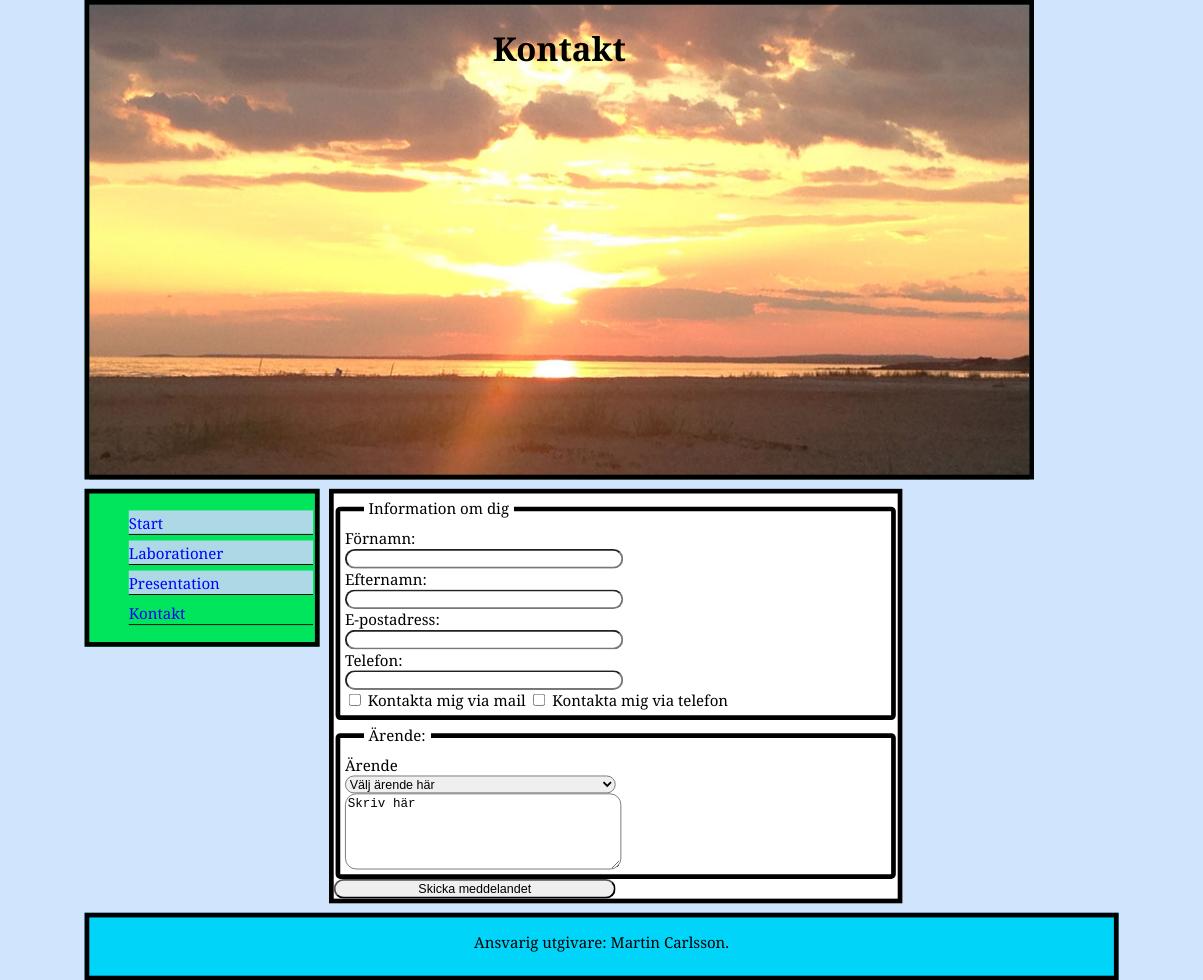
Repository: Martin-Carlsson85/HTML-och-CSS
Page: pages/kontakt.html
The author's editor kept a record of every edit. The page is drawn from the files as they stood at one moment, then again after the next edit.
The browser window is 1280 px wide. The pictures show the whole page, at 94% of full size.

Above is the page before.

### pages/kontakt.html
<!doctype html>
<html lang="sv">
    <head>
        <meta charset="utf-8" />

        <title>Kontakt</title>

         <link rel="stylesheet" href="../css/pics/style.css" />

    </head>

    <body>

         <div class="header">

        <h1>Kontakt</h1>

        </div>

         <div class="navigation">

        <ul>
            <li><a href="../index.html" class="active">Start</a></li>

            <li><a href="laborationer.html" class="active">Laborationer</a></li>

            <li><a href="presentation.html" class="active">Presentation</a></li>

            <li><a href="kontakt.html">Kontakt</a></li>
        </ul>

        <div class="clear"></div>

        </div>

         <div class="content">

        <form id="form" name="form" method="post" action="http://voyager.lnu.se/tekinet/kurser/dtt/wp_webbintro/form.php">

            <fieldset>
                <legend>Information om dig</legend>

                Förnamn:
                <input type="text" name="fnamn" id="fnamn" />

                Efternamn:
                <input type="text" name="enamn" id="enamn" />

                E-postadress:
                <input type="text" name="epost" id="epost" />

                Telefon:
                <input type="text" name="telefon" id="telefon" />

                <input type="checkbox" name="kontakt" id="kontakt" value="kontakt"/>
                <label for="kontakt">Kontakta mig via mail</label>

                <input type="checkbox" name="telefon2" id="telefon2" value="telefon"/>
                <label for="telefon">Kontakta mig via telefon</label>

            </fieldset>


            <fieldset>

                <legend>Ärende:</legend>
                <label for="arende">Ärende</label>

                <select name="arende2" id="arende">
                <option> Välj ärende här </option>
                <option value="var"> Synpunkter </option>
                <option value="var"> Frågor </option>
                </select>

                <textarea name="meddelande" id="meddelande" cols="45" rows="5" >Skriv här</textarea>

            </fieldset>

            <input type="submit" name="skicka" id="skicka" value="Skicka meddelandet" />

        </form>

        </div>

        <div class="clear"></div>

         <div class="footer">

         <p>Ansvarig utgivare: Martin Carlsson.</p>

         </div>

    </body>

</html>

### css/pics/style.css
body, html
{
    background-color: #d0e4fe;
    width:1100px;
    margin:auto;
    font-family: "Georgia", "Arial", "sans-serif";

}
.logotype{
    padding: 30px;
    position: absolute;
    top: 700px;

}
.container
{

    width:960px;

}


.clear{
    clear:both;
}

.content{
    background-color: white;
    float: left;
    width: 600px;
    border-style:solid;
    border-width:5px;


}
.liststyle
{

    padding-left:25px;
}

.liststyle_2 ul li
{
    padding: 0px;
    list-style-type: none;
}

.liststyle_3 ul li{

    padding: 0px;
    list-style-type: none;
}

.liststyle_4{

    padding: 0px;
}

.liststyle_5{

    padding: 0px;
}


.vektor{
    float: left;
}

.header{
    background-image: url(bild_halmstad_2.jpg);
    background-repeat: no-repeat;
    background-color: #16a085;
    text-align: center ;
    height: 500px;
    width: 1000px;
    margin: 0px;
    border-width:5px;
    border-style:solid;
    margin-bottom: 10px;

}
.footer{
    text-align: center ;
    height:62px;
    background-color:#00D4F9;
    border-width:5px;
    border-style:solid;
    margin-top:10px;
    clear:both;


}
.navigation{
    background-color: #00E55B;
    float: left;
    width: 240px;
    margin-right: 10px;
    border-width:5px;
    border-style:solid;
}

.navigation ul{
    list-style-type: none;

}

.navigation li {
    padding: 2px;
    margin-top:2px;
}

.navigation li a {
    display: block;
    padding-top: 3px;
    border-bottom:1px solid black;
    padding-right:90px;

}

.navigation li a:hover{
     background:#27ae60;
}

.navigation li a:active{
    background:#27ae60;
}

.active{
    background-color: lightblue;
    padding-right:90px;
}

#home{
    background-image: url('sprite.png');
    margin-bottom:5px;
    background-position: 0px -50px;
    background-repeat: no-repeat;
    display: block;
    padding-left: 25px;

}

#home:hover{
    background-image: url('sprite.png');
    background-position: 0px -2px;
    background-repeat: no-repeat;
    display: block;


}


#lab{
    background-image: url('sprite.png');
    margin-bottom:5px;
    background-position: 0px -145px;
    background-repeat: no-repeat;
    display: block;
    padding-left: 25px;

}

#lab:hover{
    background-image: url('sprite.png');
    background-position: 0px -97px;
    background-repeat: no-repeat;
    display: block;

}

#pres{
    background-image: url('sprite.png');
    margin-bottom:5px;
    background-position: 0px -241px;
    background-repeat: no-repeat;
    display: block;
    padding-left: 25px;

}

#pres:hover{
    background-image: url('sprite.png');
    background-position: 0px -193px;
    background-repeat: no-repeat;
    display: block;

}

#cont{
    background-image: url('sprite.png');
    margin-bottom:5px;
    background-position: 0px -338px;
    background-repeat: no-repeat;
    display: block;
    padding-left: 25px;

}

#cont:hover{
    background-image: url('sprite.png');
    background-position: 0px -290px;
    background-repeat: no-repeat;
    display: block;

}

h1{
    font-size:35px;
    color: black;
    text-align: center;
}

h2{	font-size:25px;}
h3{	font-size:20px;}
h4{	font-size:17px;}
h5{	font-size:14px;}



fieldset {

    border: 5px solid black;
    border-radius: 5px;
    padding: 5px;
}

fieldset legend {
    padding: 5px 5px ;
    font-size: 16px;
    border-radius: 5px;
    margin-left: 20px;
}


#skicka{
    border-radius: 12px;
    color:Black;
    display: block ;
    width:50%;
}

#meddelande{

    border-radius: 12px;
    Color:Black;
    display: block ;
    width:50%;
}
#arende{

    border-radius: 12px;
    Color:Black;
    display: block ;
    width:50%;
}

#arende2{
    border-radius: 12px;
    Color:Black;
    display: block ;
    width:50%;

}
#fnamn{
    border-radius: 12px;
    Color:Black;
    display: block ;
    width:50%;

}
#enamn{
    border-radius: 12px;
    Color:Black;
    display: block ;
    width:50%;

}

#epost{
    border-radius: 12px;
    color:Black;
    display: block ;
    width:50%;

}

#telefon{
    border-radius: 12px;
    Color:Black;
    display: block ;
    width:50%;

}

#telefon2{
    border-radius: 12px;
    Color:Black;
    text-align: left;

}

#kontakt{
    border-radius: 12px;
    Color:Black;
    text-align: left;

}

a:link {
    color: blue;
    text-decoration: none;

}

a:visited{

    color: blue;

}

a:focus{

     text-decoration: none;

}

a:hover {
    text-decoration:none;



}



a:active {

    color:Black;


}





.table{

    text-align: center;
    padding: 10px;
    position: absolute;
    left: 400px;
    top: 0px;

}

.kevin{
    float: right;

}

.text{
   padding: 0px;
}

.video{
    margin: 60px;

}

.printLink{
    display:none;
}

After the next edit:
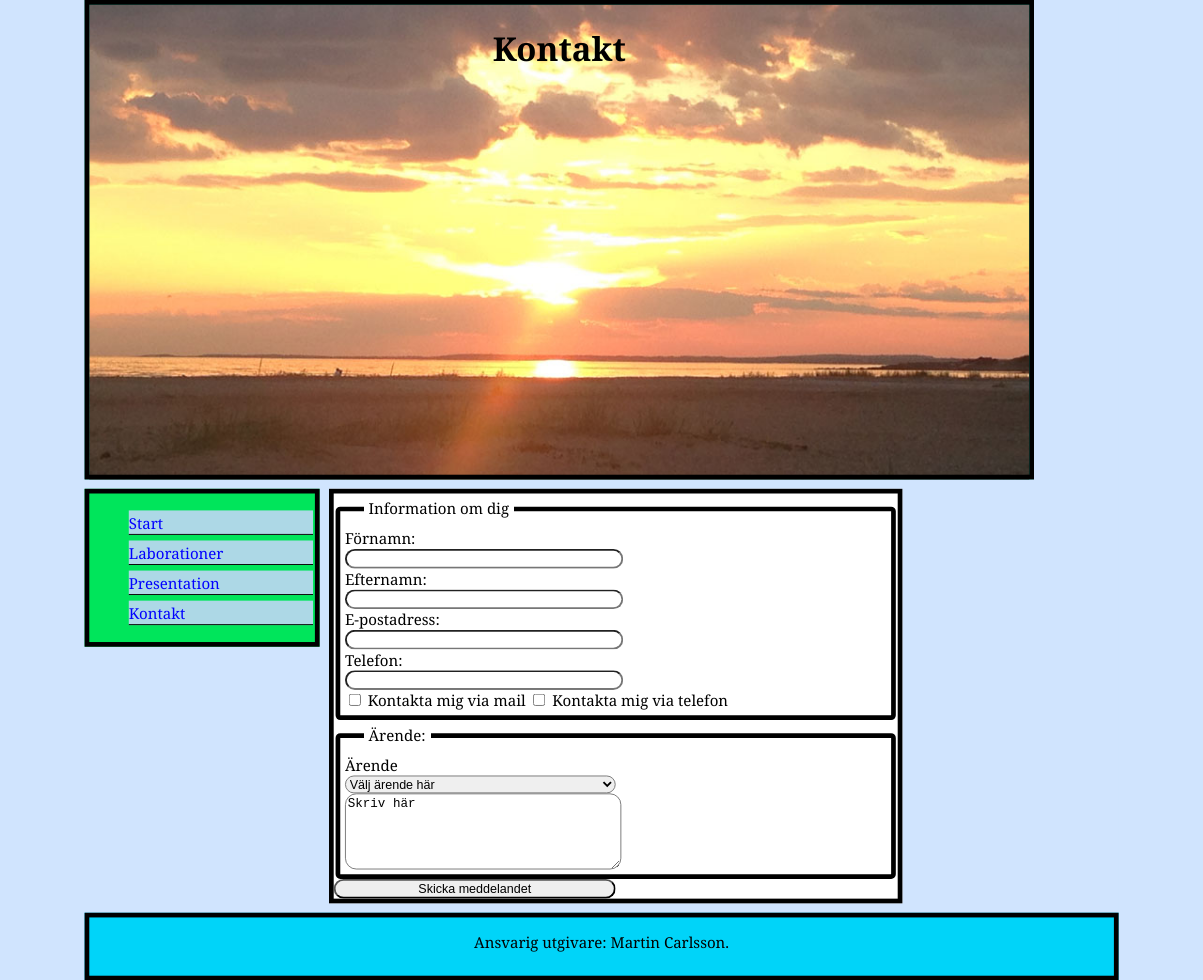
The edit:
--- a/pages/kontakt.html
+++ b/pages/kontakt.html
@@ -26,7 +26,7 @@
 
             <li><a href="presentation.html" class="active">Presentation</a></li>
 
-            <li><a href="kontakt.html">Kontakt</a></li>
+            <li><a href="kontakt.html" class="active">Kontakt</a></li>
         </ul>
 
         <div class="clear"></div>
